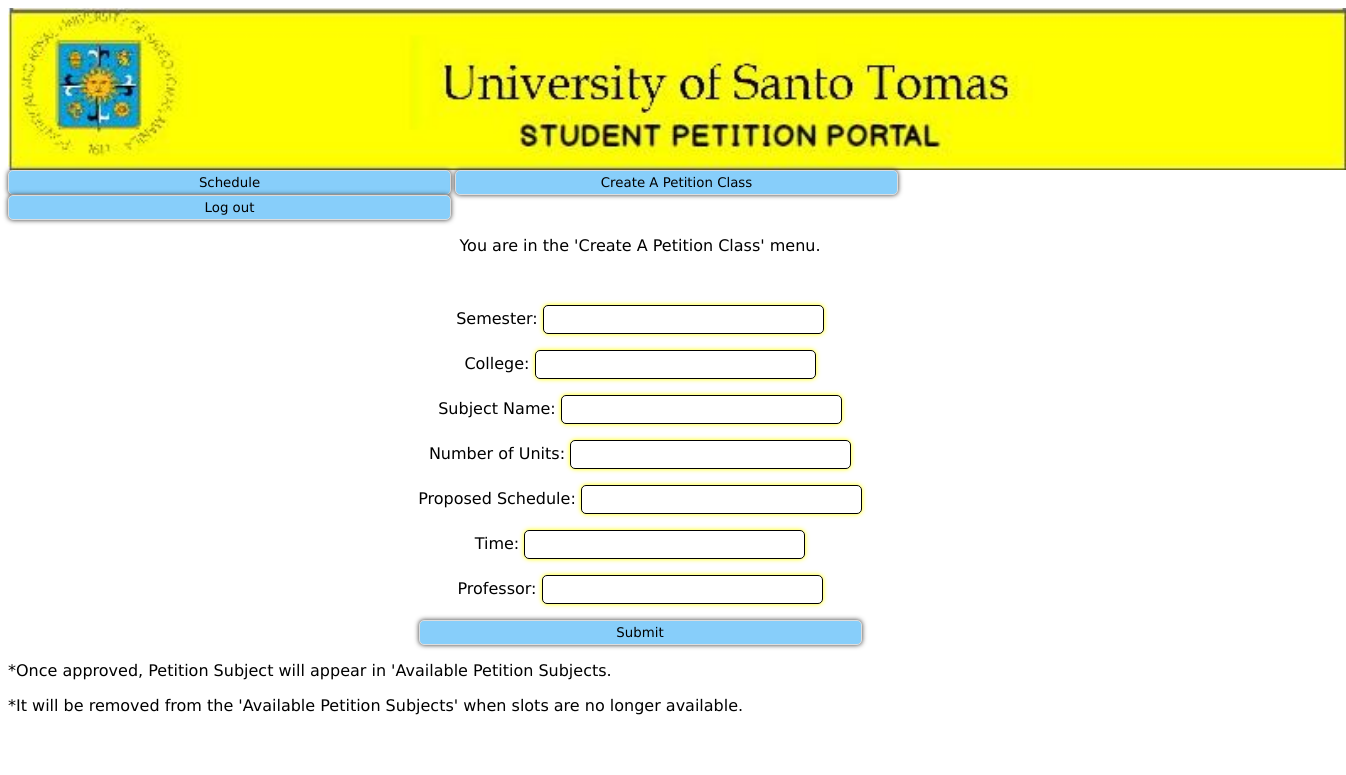
Repository: mawewatistel/PetitioningSystem
Page: http://localhost/SibuloTolentino/create.jsp
These files come from the project's save history. The page is drawn as it stood at one moment and after the next save; the edit follows.
The browser window is 1280 px wide. The page is 1346 px wide, then 1343 px, so the pictures cover 1346 px, including what lies to the right of the window. The pictures show the whole page.
The page is served by Tomcat 9.

Above is the page before, as saved 2016-05-10 04:32:31.

After the next save:
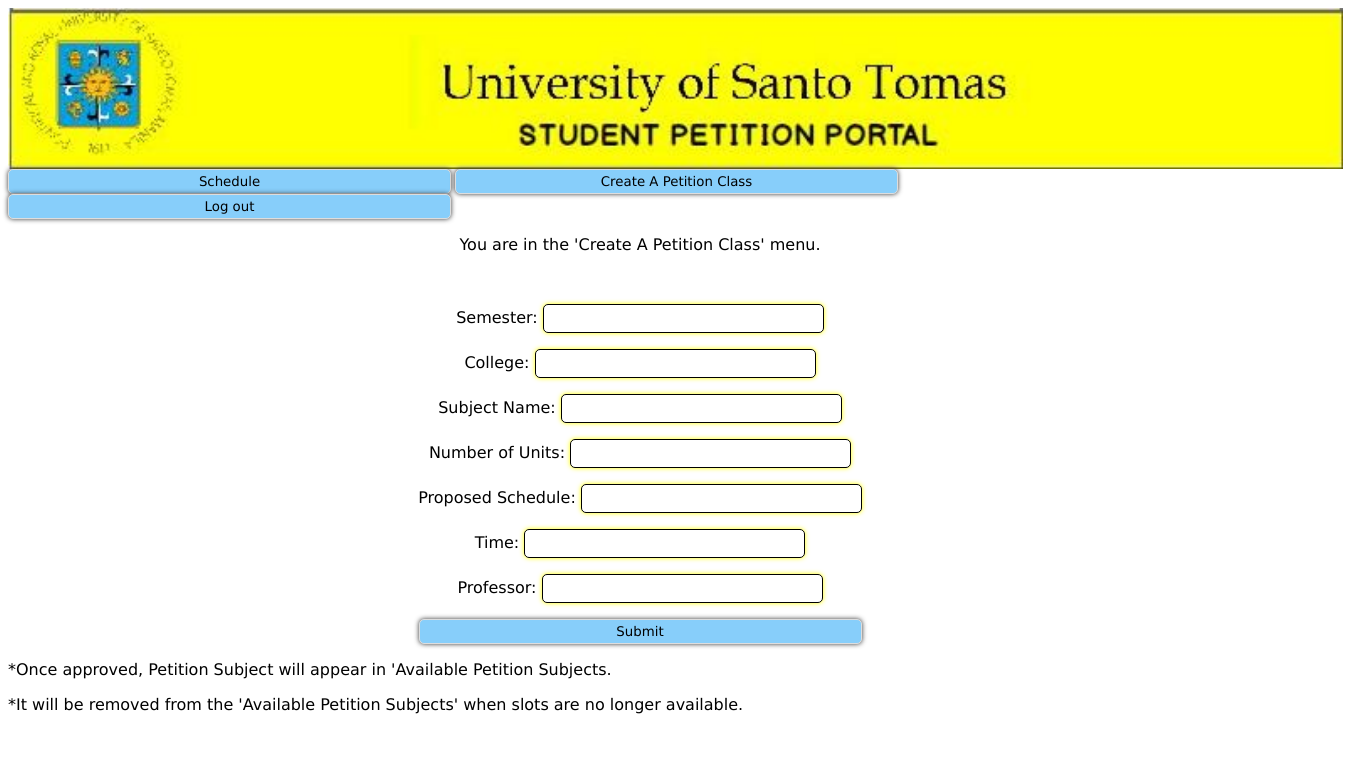
Saved 70 s later.
--- a/SibuloTolentino/WebContent/create.jsp
+++ b/SibuloTolentino/WebContent/create.jsp
@@ -8,7 +8,7 @@
 </head>
 <body>
 <form action ="petitionclasssubmit.jsp" method = "post">
-<img src ="Images/ust.JPG" alt = "Missing Image!=" width = 1338 height= ><br>
+<img src ="Images/ust.JPG" alt = "Missing Image!=" width = 1335 height= ><br>
 <form><input type="submit" name="one" value="Schedule"/>
 	<input type="submit" name="two"
 			value="Create A Petition Class" >
